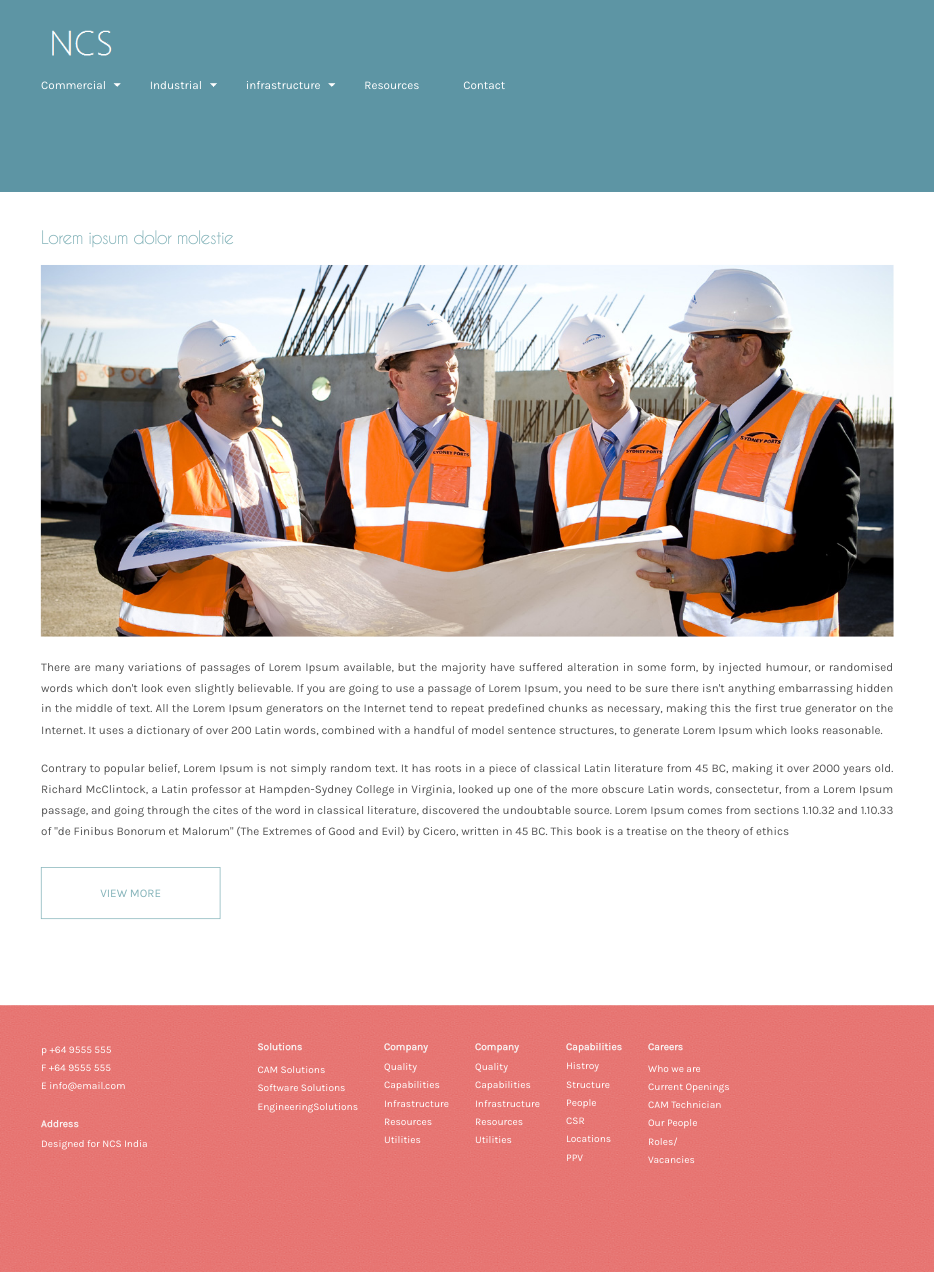
Repository: achalbi/NCS_demo
Page: public/details.html
The author's editor kept a record of every edit. The page is drawn from the files as they stood at one moment, then again after the next edit.
The browser window is 1280 px wide. The pictures show the whole page, at 73% of full size.

Above is the page before.

After the next edit:
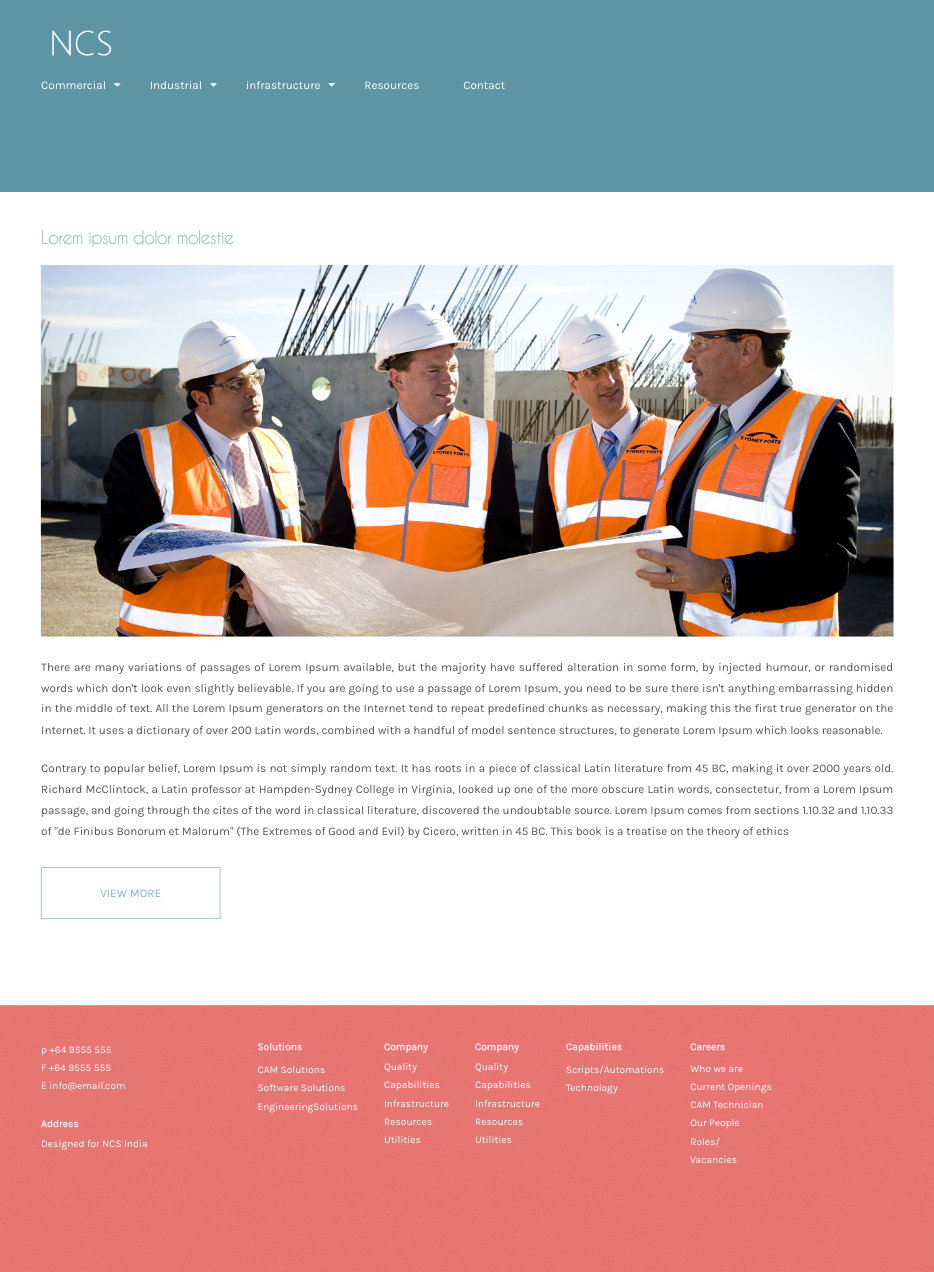
The edit:
--- a/public/details.html
+++ b/public/details.html
@@ -126,12 +126,8 @@
 			<div class="f_grid2 left hide">
 			<h3>Capabilities</h3>
 			<ul class="f_nav">
-				<li><a href="">Histroy</a></li>
-				<li><a href="">Structure</a></li>
-				<li><a href="">People</a></li>
-				<li><a href="">CSR</a></li>
-				<li><a href="">Locations</a></li>
-				<li><a href="">PPV</a></li>
+				<li><a href="">Scripts/Automations</a></li>
+				<li><a href="">Technology</a></li>
 			</ul>
 			</div>
 			<div class="f_grid2 left hide">
